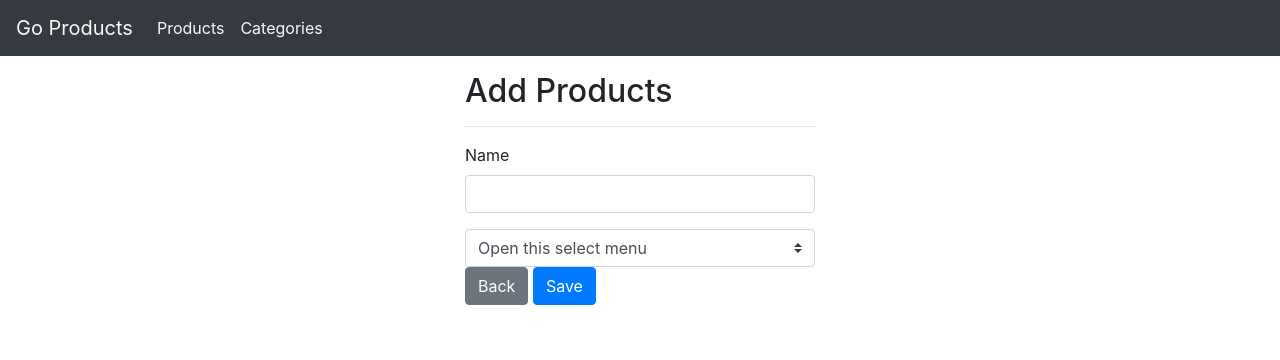
Repository: Nouthemoran/go-web-native-crud
Page: views/product/create.html
These files come from the project's save history. The page is drawn as it stood at one moment and after a run of saves; the edit follows.
The browser window is 1280 px wide. The pictures show the whole page.

Above is the page before, as saved 2023-10-11 10:54:25.

After the next 3 saves:
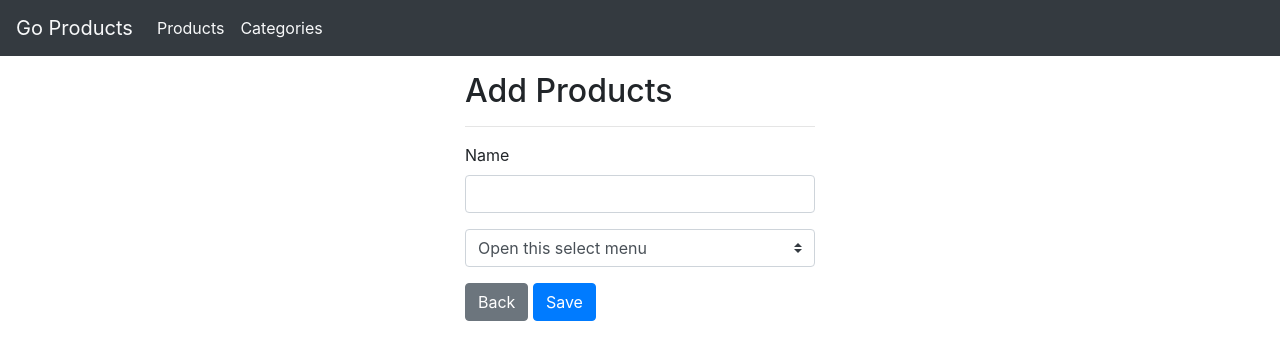
The 3 saves are shown as one change because they came seconds apart.
The last was saved 12 s later.
--- a/views/product/create.html
+++ b/views/product/create.html
@@ -41,14 +41,13 @@
                         <input type="text" class="form-control" name="name" autocomplete="off">
                     </div>
                     <div class="mb-3">
-
+                        <select class="custom-select">
+                            <option selected>Open this select menu</option>
+                            <option value="1">One</option>
+                            <option value="2">Two</option>
+                            <option value="3">Three</option>
+                          </select>
                     </div>
-                    <select class="custom-select">
-                        <option selected>Open this select menu</option>
-                        <option value="1">One</option>
-                        <option value="2">Two</option>
-                        <option value="3">Three</option>
-                      </select>
                       <div class="float-end">
                         <a href="/products" class="btn btn-secondary">Back</a>
                         <button class="btn btn-primary">Save</button>
